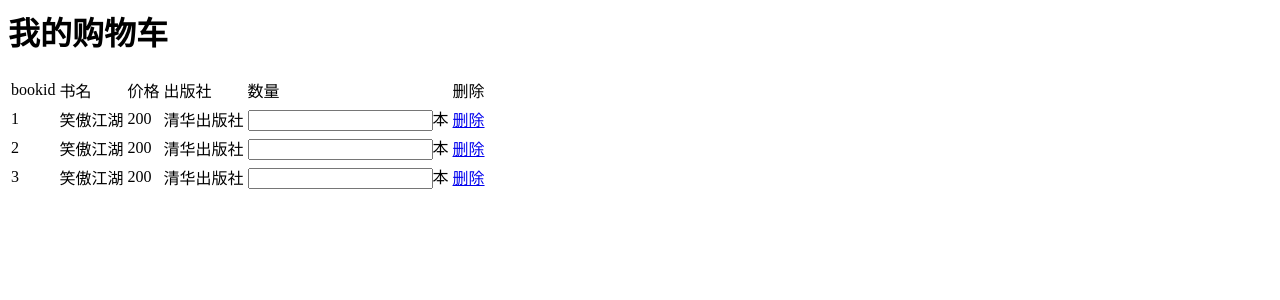
Repository: zhouguangyuan/hspjsp
Page: http://localhost/myshopping/WEB-INF/showMyCart.jsp
An editor plug-in stored every save of this project. The page is shown before and after the next save, followed by the edit.
The browser window is 1280 px wide. The pictures show the whole page.
The page is served by Tomcat 9. Nobody is signed in. Other server files are loaded and not shown. The template is opened directly, without the code that normally fills it, so the values that code supplies are empty.

Above is the page before, as saved 2018-03-25 08:40:15.

### myshopping/WebRoot/WEB-INF/showMyCart.jsp
<%@ page language="java" import="java.util.*" pageEncoding="utf-8"%>
<%
String path = request.getContextPath();
String basePath = request.getScheme()+"://"+request.getServerName()+":"+request.getServerPort()+path+"/";
%>

<!DOCTYPE HTML PUBLIC "-//W3C//DTD HTML 4.01 Transitional//EN">
<html>
  <head>
    <base href="<%=basePath%>">

    <title>My JSP 'showMyCart.jsp' starting page</title>

	<meta http-equiv="pragma" content="no-cache">
	<meta http-equiv="cache-control" content="no-cache">
	<meta http-equiv="expires" content="0">
	<meta http-equiv="keywords" content="keyword1,keyword2,keyword3">
	<meta http-equiv="description" content="This is my page">
	<!--
	<link rel="stylesheet" type="text/css" href="styles.css">
	-->

  </head>

  <body>
    <h1>我的购物车</h1>
    <form action="?" method="post">
    <table>
    <tr><td>bookid</td><td>书名</td><td>价格</td><td>出版社</td><td>数量</td><td>删除</td></tr>
    <tr><td>1</td><td>笑傲江湖</td><td>200</td><td>清华出版社</td><td><input type='text' name='booknum' />本</td><td><a href="#">删除</a></td></tr>
    <tr><td>2</td><td>笑傲江湖</td><td>200</td><td>清华出版社</td><td><input type='text' name='booknum' />本</td><td><a href="#">删除</a></td></tr>
    <tr><td>3</td><td>笑傲江湖</td><td>200</td><td>清华出版社</td><td><input type='text' name='booknum' />本</td><td><a href="#">删除</a></td></tr>
    </table>
    </form>
  </body>
</html>

After the next save:
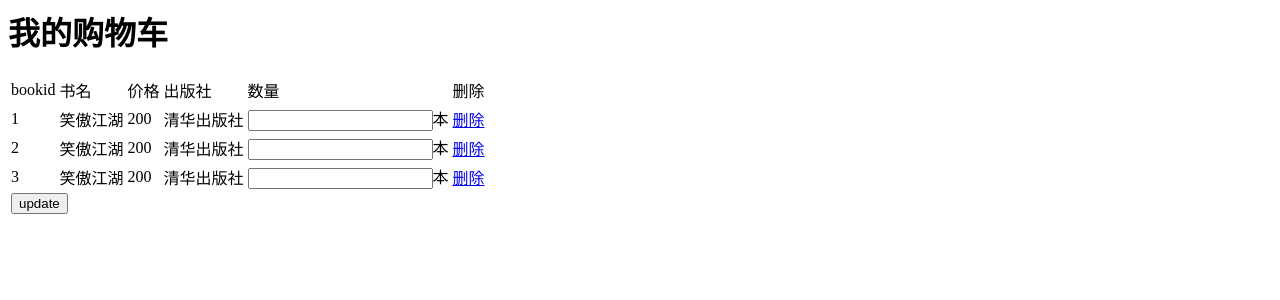
Saved 2 min 8 s later.
--- a/myshopping/WebRoot/WEB-INF/showMyCart.jsp
+++ b/myshopping/WebRoot/WEB-INF/showMyCart.jsp
@@ -30,6 +30,7 @@ String basePath = request.getScheme()+"://"+request.getServerName()+":"+request.
     <tr><td>1</td><td>笑傲江湖</td><td>200</td><td>清华出版社</td><td><input type='text' name='booknum' />本</td><td><a href="#">删除</a></td></tr>
     <tr><td>2</td><td>笑傲江湖</td><td>200</td><td>清华出版社</td><td><input type='text' name='booknum' />本</td><td><a href="#">删除</a></td></tr>
     <tr><td>3</td><td>笑傲江湖</td><td>200</td><td>清华出版社</td><td><input type='text' name='booknum' />本</td><td><a href="#">删除</a></td></tr>
+    <tr><td colspan="6"><input type="submit" value="update"/></td></tr>
     </table>
     </form>
   </body>
